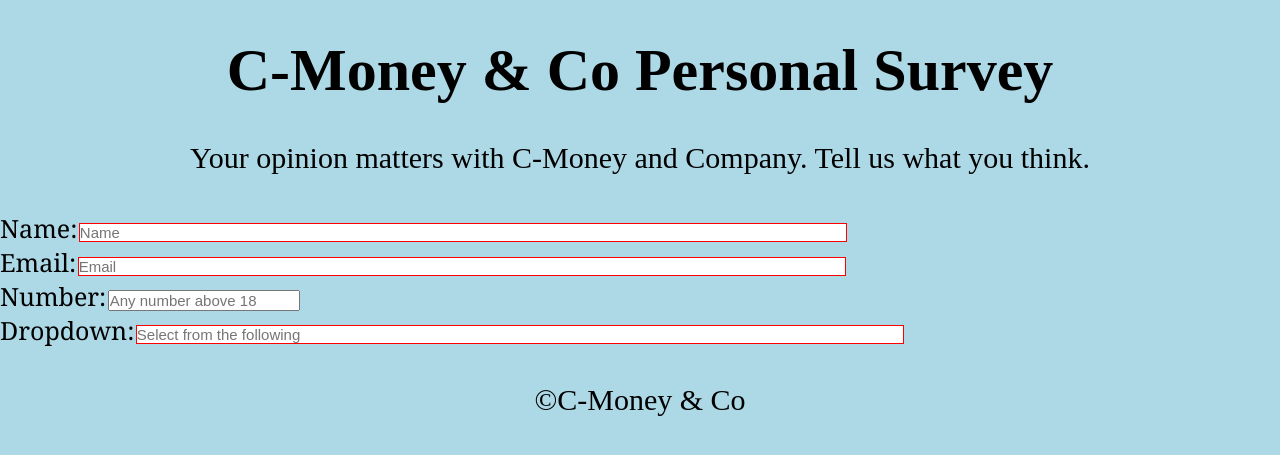
Repository: ctcoleman/surveyForm
Page: index.html
An editor plug-in stored every save of this project. The page is shown before and after the next save, followed by the edit.
The browser window is 1280 px wide. The pictures show the whole page.

Above is the page before, as saved 2020-06-26 10:59:08.
Console error: TypeError: Cannot read properties of null (reading 'addEventListener')

After the next save:
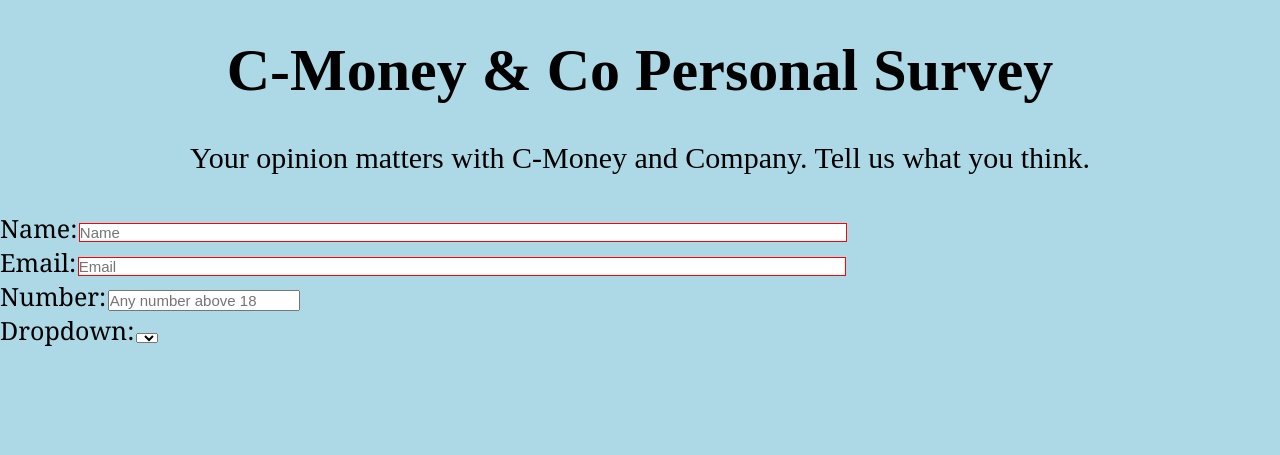
Saved 4 s later.
--- a/index.html
+++ b/index.html
@@ -50,7 +50,7 @@
         <!-- Dropdown -->
         <div class="dropdownEntery">
           <label for="dropdown-label">Dropdown:</label>
-          <input type="dropdown" id="dropdown" placeholder="Select from the following" required>
+          <select type="dropdown" id="dropdown" placeholder="Select from the following" required>
         </div>
       </form>
 
